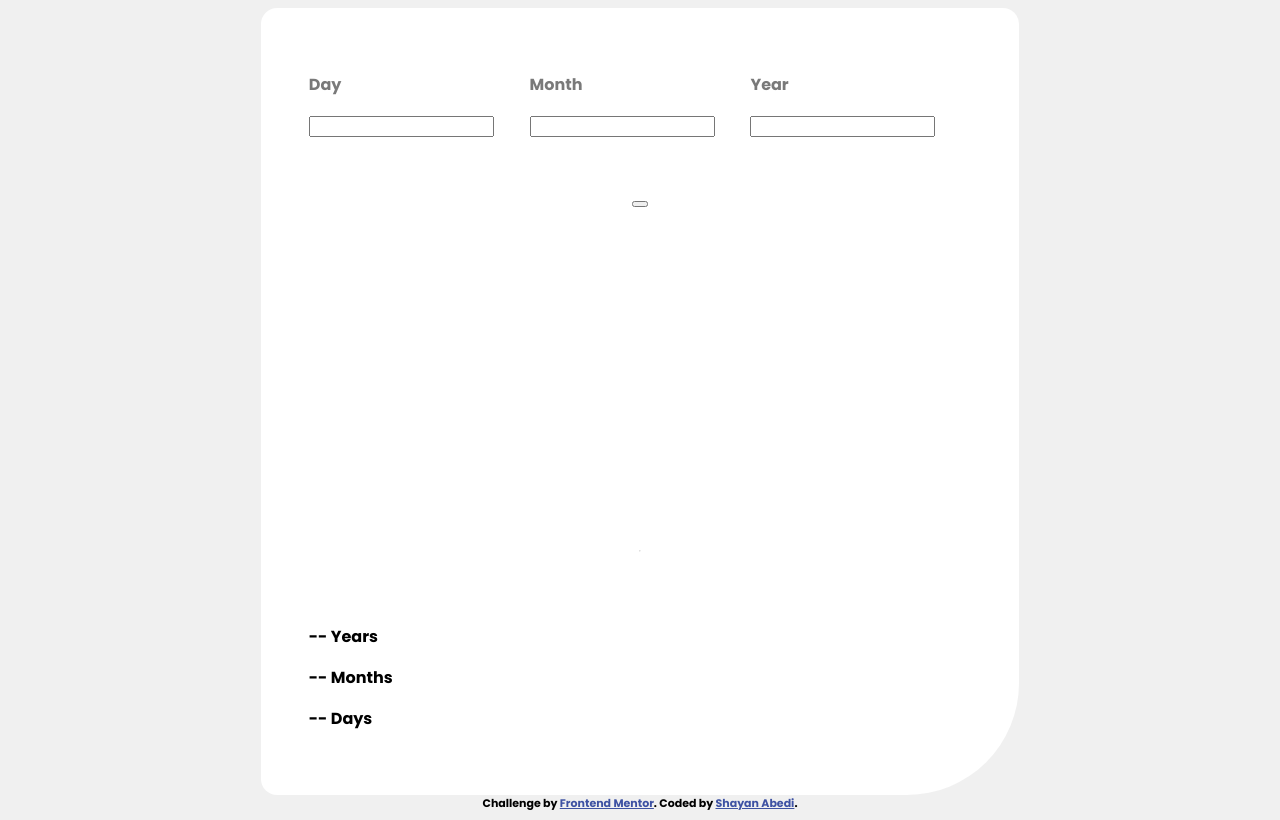
Repository: shayanabedi98/age-calculator
Page: index.html
An editor plug-in stored every save of this project. The page is shown before and after the next save, followed by the edit.
The browser window is 1280 px wide. The pictures show the whole page.

Above is the page before, as saved 2023-09-18 19:31:10.

### index.html
<!DOCTYPE html>
<html lang="en">
<head>
  <meta charset="UTF-8">
  <meta name="viewport" content="width=device-width, initial-scale=1.0">
  <link rel="icon" type="image/png" sizes="32x32" href="./assets/images/favicon-32x32.png">
  <link rel="stylesheet" href="styles.css">
  <title>Frontend Mentor | Age calculator app</title>
</head>
<body>

  <div class="grid-container">
    <div class="dob">
      <div class="day">
        <p>Day</p>
        <input type="text">
      </div>
      <div class="month">
        <p>Month</p>
        <input type="text">
      </div>
      <div class="year">
        <p>Year</p>
        <input type="text">
      </div>
    </div>
    <div class="calculate">
      <button></button>
    </div>
    <div class="line"></div>
    <hr>
    <div class="results">
      <p id="age-year">-- Years</p>
      <p id="age-month">-- Months</p>
      <p id="age-day">-- Days</p>
    </div>
  </div>

  <div class="attribution">
    Challenge by <a href="https://www.frontendmentor.io?ref=challenge" target="_blank">Frontend Mentor</a>.
    Coded by <a href="#">Shayan Abedi</a>.
  </div>
  <script src="index.js"></script>
</body>
</html>

### styles.css
@font-face {
    font-family: Poppins-Bold;
    src: url(./assets/fonts/Poppins-Bold.ttf);
}



body {
    font-family: 'Poppins-Bold', sans-serif;
    background-color: rgba(240,240,240,255);
}

.grid-container {
    background-color: white;
    border-radius: 1em 1em 7em 1em;
    text-align: center;
    display: grid;
    grid-template-rows: 1fr 1fr 1fr;
    width: 60%;
    margin-left: 20%;
}

.dob {
    display: grid;
    grid-template-columns: 1fr 1fr 1fr;
    text-align: start;
    padding: 3em;
}

.dob p {
    color: rgba(121,121,121,255);
}

.results {
    text-align: start;
    padding: 3em;
}

hr {
    opacity: 30%;
}

.attribution {
    font-size: 11px; text-align: center;
}

.attribution a {
    color: hsl(228, 45%, 44%);
}

Loaded but not shown: index.js (common file)

After the next save:
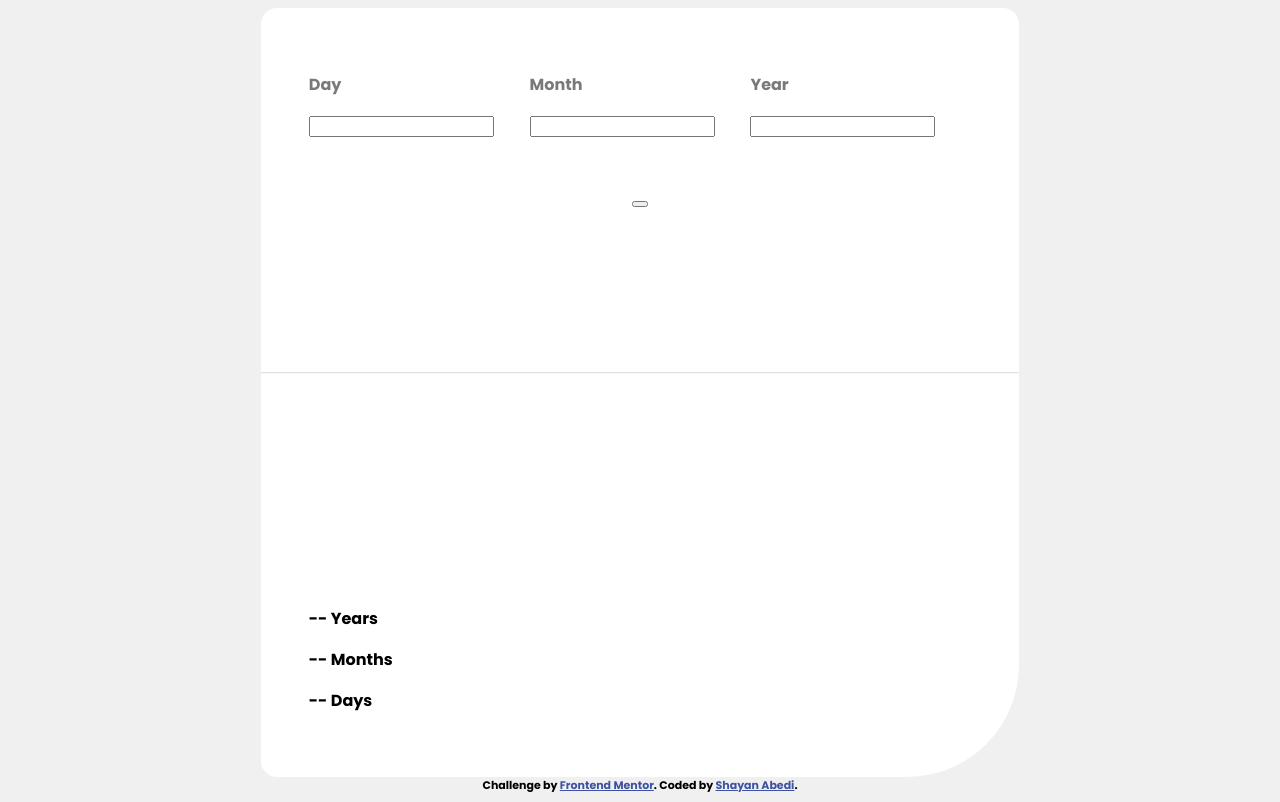
Saved 9 s later.
--- a/index.html
+++ b/index.html
@@ -27,8 +27,9 @@
     <div class="calculate">
       <button></button>
     </div>
-    <div class="line"></div>
-    <hr>
+    <div class="line">
+      <hr>
+    </div>
     <div class="results">
       <p id="age-year">-- Years</p>
       <p id="age-month">-- Months</p>
